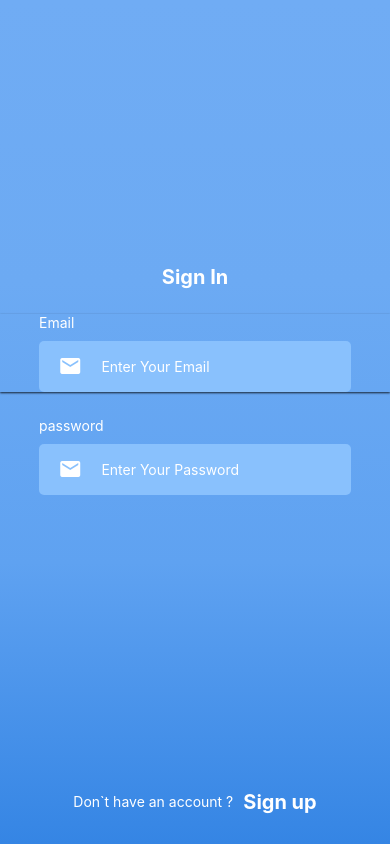
Repository: kamarajcalm/loginpage
Screen: /
An editor plug-in stored every save of this project. The screen is shown before and after the next save, followed by the edit.
The app was drawn by React Native's web renderer in a window 390 px wide. The project was rebuilt for these pictures with package versions that can differ from the ones it lists, and the page was loaded fresh each time.

Above is the screen before, as saved 2021-12-26 00:12:58.

### App.js
import { StatusBar } from 'expo-status-bar';
import { StyleSheet, Text, View, TouchableOpacity, Dimensions, TextInput } from 'react-native';
import { LinearGradient } from 'expo-linear-gradient';
const { height, width } = Dimensions.get("window")
import { MaterialCommunityIcons } from '@expo/vector-icons';
import { useState } from 'react';
export default function App() {
  const [email, setEmail] = useState("")
  const [password, setPassword] = useState("")
  return (
    <LinearGradient style={styles.container}
      colors={["#70ACF4", '#6CAAF3', "#5FA2F1", "#3585E4",]}
    >

      <StatusBar style="auto" />

      <View style={styles.content}>
        <View style={[styles.center]}>
          <Text style={[styles.textwithBold]}>Sign In</Text>
        </View>

        <View style={[styles.textInputContainer, styles.boxWithShadow]}>
          <View>
            <Text style={styles.text}>Email</Text>
          </View>
          <View style={[styles.textBox]}>
            <View style={[styles.iconContainer]}>
              <MaterialCommunityIcons name="email" size={24} color="#fff" />
            </View>
            <TextInput
              value={email}
              onChangeText={val => setEmail(val)}
              keyboardType={"email-address"}
              style={[styles.textInput]}
              placeholder='Enter Your Email'
              placeholderTextColor={"#fff"}
              selectionColor={"#fff"}
            />


          </View>
        </View>

        <View style={[styles.textInputContainer]}>
          <View>
            <Text style={styles.text}>password</Text>
          </View>
          <View style={[styles.textBox]}>
            <View style={[styles.iconContainer]}>
              <MaterialCommunityIcons name="email" size={24} color="#fff" />
            </View>
            <TextInput
              value={password}
              onChangeText={val => setPassword(val)}
              style={[styles.textInput]}
              placeholder='Enter Your Password'
              placeholderTextColor={"#fff"}
              selectionColor={"#fff"}
            />


          </View>
        </View>
      </View>
      <View style={styles.footer}>
        <View>
          <Text style={styles.text}>Don`t have an account ?</Text>
        </View>
        <TouchableOpacity style={{ marginLeft: 10 }}>
          <Text style={[styles.textwithBold]}>Sign up</Text>
        </TouchableOpacity>
      </View>
    </LinearGradient>
  );
}

const styles = StyleSheet.create({
  container: {
    flex: 1,

  },
  textInputContainer: {
    paddingHorizontal: width * 0.1,
    marginTop: height * 0.03
  },
  center: {
    alignItems: "center",
    justifyContent: "center"
  },
  content: {
    flex: 0.9,
    justifyContent: "center"
  },
  footer: {
    flex: 0.1,
    flexDirection: "row",
    alignItems: "center",
    justifyContent: "center"
  },
  textBox: {
    height: height * 0.06,
    width: width * 0.8,
    flexDirection: "row",
    backgroundColor: "#89C1FD",
    marginTop: 10,
    borderRadius: 5
  },
  text: {
    color: "#fff"
  },
  textwithBold: {
    color: "#fff",
    fontWeight: "bold",
    fontSize: 20
  },
  iconContainer: {
    flex: 0.2,
    alignItems: "center",
    justifyContent: "center"
  },
  textInput: {
    flex: 0.8,
    color: "#fff"
  },

  boxWithShadow: {
    shadowColor: '#000',
    shadowOffset: { width: 0, height: 1 },
    shadowOpacity: 0.8,
    shadowRadius: 2,
    elevation: 5
  }
});

After the next save:
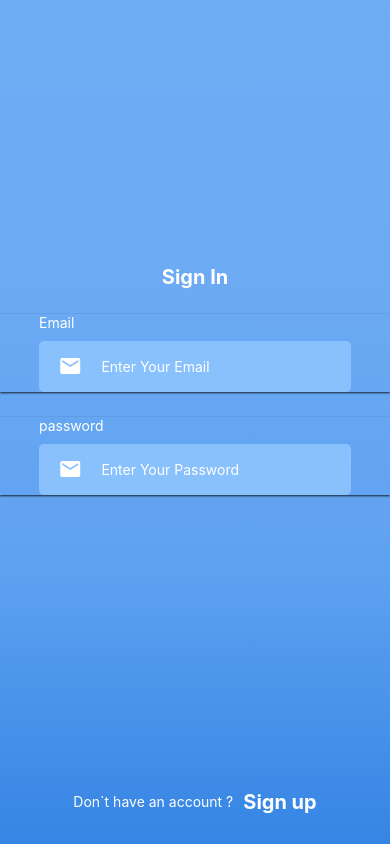
Saved 22 s later.
--- a/App.js
+++ b/App.js
@@ -41,7 +41,7 @@ export default function App() {
           </View>
         </View>
 
-        <View style={[styles.textInputContainer]}>
+        <View style={[styles.textInputContainer, styles.boxWithShadow]}>
           <View>
             <Text style={styles.text}>password</Text>
           </View>
